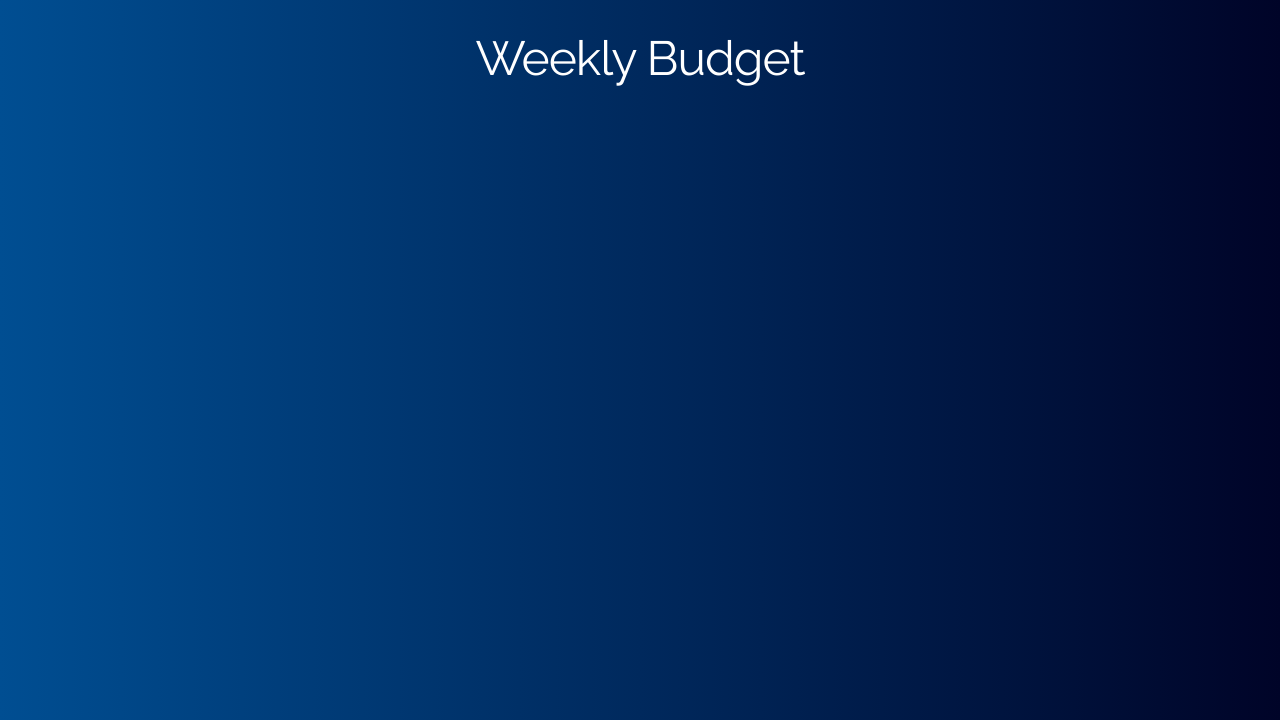
Repository: ppfeliuu/weeklybudget
Page: /
The author's editor kept a copy of each file at every save. The page is drawn from the files as they stood at one save, then again after a run of saves.
The browser window is 1280 px wide. The pictures show the whole page.
The project was rebuilt for these pictures with package versions that can differ from the ones it lists, and the page was loaded fresh each time.

Above is the page before, as saved 2019-06-21 09:51:05.

### public/index.html
<!DOCTYPE html>
<html lang="en">
  <head>
    <meta charset="utf-8" />
    <link rel="shortcut icon" href="%PUBLIC_URL%/budget.png" />
    <meta name="viewport" content="width=device-width, initial-scale=1" />
    <meta name="theme-color" content="#000000" />
    <!--
      manifest.json provides metadata used when your web app is installed on a
      user's mobile device or desktop. See https://developers.google.com/web/fundamentals/web-app-manifest/
    -->
    <link rel="manifest" href="%PUBLIC_URL%/manifest.json" />
    <link href="https://fonts.googleapis.com/css?family=Raleway:400,700&display=swap" rel="stylesheet">
    <link rel="stylesheet" href="/css/normalize.css">
    <link rel="stylesheet" href="/css/skeleton.css">
    <!--
      Notice the use of %PUBLIC_URL% in the tags above.
      It will be replaced with the URL of the `public` folder during the build.
      Only files inside the `public` folder can be referenced from the HTML.

      Unlike "/favicon.ico" or "favicon.ico", "%PUBLIC_URL%/favicon.ico" will
      work correctly both with client-side routing and a non-root public URL.
      Learn how to configure a non-root public URL by running `npm run build`.
    -->
    <title>Budget React App</title>
  </head>
  <body>
    <noscript>You need to enable JavaScript to run this app.</noscript>
    <div id="root"></div>
    <!--
      This HTML file is a template.
      If you open it directly in the browser, you will see an empty page.

      You can add webfonts, meta tags, or analytics to this file.
      The build step will place the bundled scripts into the <body> tag.

      To begin the development, run `npm start` or `yarn start`.
      To create a production bundle, use `npm run build` or `yarn build`.
    -->
  </body>
</html>

### src/App.js
import React from 'react';


function App() {
  return (
    <div className="App container">
      <header>
        <h1>Weekly Budget</h1>
      </header>

    </div>
  );
}

export default App;

### public/css/skeleton.css
/*
* Skeleton V2.0.4
* Copyright 2014, Dave Gamache
* www.getskeleton.com
* Free to use under the MIT license.
* http://www.opensource.org/licenses/mit-license.php
* 12/29/2014
*/


/* Table of contents
––––––––––––––––––––––––––––––––––––––––––––––––––
- Grid
- Base Styles
- Typography
- Links
- Buttons
- Forms
- Lists
- Code
- Tables
- Spacing
- Utilities
- Clearing
- Media Queries
*/


/* Grid
–––––––––––––––––––––––––––––––––––––––––––––––––– */
.container {
  position: relative;
  width: 100%;
  max-width: 960px;
  margin: 0 auto;
  padding: 0 20px;
  box-sizing: border-box; }
.column,
.columns {
  width: 100%;
  float: left;
  box-sizing: border-box; }

/* For devices larger than 400px */
@media (min-width: 400px) {
  .container {
    width: 85%;
    padding: 0; }
}

/* For devices larger than 550px */
@media (min-width: 550px) {
  .container {
    width: 80%; }
  .column,
  .columns {
    margin-left: 4%; }
  .column:first-child,
  .columns:first-child {
    margin-left: 0; }

  .one.column,
  .one.columns                    { width: 4.66666666667%; }
  .two.columns                    { width: 13.3333333333%; }
  .three.columns                  { width: 22%;            }
  .four.columns                   { width: 30.6666666667%; }
  .five.columns                   { width: 39.3333333333%; }
  .six.columns                    { width: 48%;            }
  .seven.columns                  { width: 56.6666666667%; }
  .eight.columns                  { width: 65.3333333333%; }
  .nine.columns                   { width: 74.0%;          }
  .ten.columns                    { width: 82.6666666667%; }
  .eleven.columns                 { width: 91.3333333333%; }
  .twelve.columns                 { width: 100%; margin-left: 0; }

  .one-third.column               { width: 30.6666666667%; }
  .two-thirds.column              { width: 65.3333333333%; }

  .one-half.column                { width: 48%; }

  /* Offsets */
  .offset-by-one.column,
  .offset-by-one.columns          { margin-left: 8.66666666667%; }
  .offset-by-two.column,
  .offset-by-two.columns          { margin-left: 17.3333333333%; }
  .offset-by-three.column,
  .offset-by-three.columns        { margin-left: 26%;            }
  .offset-by-four.column,
  .offset-by-four.columns         { margin-left: 34.6666666667%; }
  .offset-by-five.column,
  .offset-by-five.columns         { margin-left: 43.3333333333%; }
  .offset-by-six.column,
  .offset-by-six.columns          { margin-left: 52%;            }
  .offset-by-seven.column,
  .offset-by-seven.columns        { margin-left: 60.6666666667%; }
  .offset-by-eight.column,
  .offset-by-eight.columns        { margin-left: 69.3333333333%; }
  .offset-by-nine.column,
  .offset-by-nine.columns         { margin-left: 78.0%;          }
  .offset-by-ten.column,
  .offset-by-ten.columns          { margin-left: 86.6666666667%; }
  .offset-by-eleven.column,
  .offset-by-eleven.columns       { margin-left: 95.3333333333%; }

  .offset-by-one-third.column,
  .offset-by-one-third.columns    { margin-left: 34.6666666667%; }
  .offset-by-two-thirds.column,
  .offset-by-two-thirds.columns   { margin-left: 69.3333333333%; }

  .offset-by-one-half.column,
  .offset-by-one-half.columns     { margin-left: 52%; }

}


/* Base Styles
–––––––––––––––––––––––––––––––––––––––––––––––––– */
/* NOTE
html is set to 62.5% so that all the REM measurements throughout Skeleton
are based on 10px sizing. So basically 1.5rem = 15px :) */
html {
  font-size: 62.5%; }
body {
  font-size: 1.5em; /* currently ems cause chrome bug misinterpreting rems on body element */
  line-height: 1.6;
  font-weight: 400;
  font-family: "Raleway", "HelveticaNeue", "Helvetica Neue", Helvetica, Arial, sans-serif;
  color: #222; }


/* Typography
–––––––––––––––––––––––––––––––––––––––––––––––––– */
h1, h2, h3, h4, h5, h6 {
  margin-top: 0;
  margin-bottom: 2rem;
  font-weight: 300; }
h1 { font-size: 4.0rem; line-height: 1.2;  letter-spacing: -.1rem;}
h2 { font-size: 3.6rem; line-height: 1.25; letter-spacing: -.1rem; }
h3 { font-size: 3.0rem; line-height: 1.3;  letter-spacing: -.1rem; }
h4 { font-size: 2.4rem; line-height: 1.35; letter-spacing: -.08rem; }
h5 { font-size: 1.8rem; line-height: 1.5;  letter-spacing: -.05rem; }
h6 { font-size: 1.5rem; line-height: 1.6;  letter-spacing: 0; }

/* Larger than phablet */
@media (min-width: 550px) {
  h1 { font-size: 5.0rem; }
  h2 { font-size: 4.2rem; }
  h3 { font-size: 3.6rem; }
  h4 { font-size: 3.0rem; }
  h5 { font-size: 2.4rem; }
  h6 { font-size: 1.5rem; }
}

p {
  margin-top: 0; }


/* Links
–––––––––––––––––––––––––––––––––––––––––––––––––– */
a {
  color: #1EAEDB; }
a:hover {
  color: #0FA0CE; }


/* Buttons
–––––––––––––––––––––––––––––––––––––––––––––––––– */
.button,
button,
input[type="submit"],
input[type="reset"],
input[type="button"] {
  display: inline-block;
  height: 38px;
  padding: 0 30px;
  color: #555;
  text-align: center;
  font-size: 11px;
  font-weight: 600;
  line-height: 38px;
  letter-spacing: .1rem;
  text-transform: uppercase;
  text-decoration: none;
  white-space: nowrap;
  background-color: transparent;
  border-radius: 4px;
  border: 1px solid #bbb;
  cursor: pointer;
  box-sizing: border-box; }
.button:hover,
button:hover,
input[type="submit"]:hover,
input[type="reset"]:hover,
input[type="button"]:hover,
.button:focus,
button:focus,
input[type="submit"]:focus,
input[type="reset"]:focus,
input[type="button"]:focus {
  color: #333;
  border-color: #888;
  outline: 0; }
.button.button-primary,
button.button-primary,
input[type="submit"].button-primary,
input[type="reset"].button-primary,
input[type="button"].button-primary {
  color: #FFF;
  background-color: #33C3F0;
  border-color: #33C3F0; }
.button.button-primary:hover,
button.button-primary:hover,
input[type="submit"].button-primary:hover,
input[type="reset"].button-primary:hover,
input[type="button"].button-primary:hover,
.button.button-primary:focus,
button.button-primary:focus,
input[type="submit"].button-primary:focus,
input[type="reset"].button-primary:focus,
input[type="button"].button-primary:focus {
  color: #FFF;
  background-color: #1EAEDB;
  border-color: #1EAEDB; }


/* Forms
–––––––––––––––––––––––––––––––––––––––––––––––––– */
input[type="email"],
input[type="number"],
input[type="search"],
input[type="text"],
input[type="tel"],
input[type="url"],
input[type="password"],
textarea,
select {
  height: 38px;
  padding: 6px 10px; /* The 6px vertically centers text on FF, ignored by Webkit */
  background-color: #fff;
  border: 1px solid #D1D1D1;
  border-radius: 4px;
  box-shadow: none;
  box-sizing: border-box; }
/* Removes awkward default styles on some inputs for iOS */
input[type="email"],
input[type="number"],
input[type="search"],
input[type="text"],
input[type="tel"],
input[type="url"],
input[type="password"],
textarea {
  -webkit-appearance: none;
     -moz-appearance: none;
          appearance: none; }
textarea {
  min-height: 65px;
  padding-top: 6px;
  padding-bottom: 6px; }
input[type="email"]:focus,
input[type="number"]:focus,
input[type="search"]:focus,
input[type="text"]:focus,
input[type="tel"]:focus,
input[type="url"]:focus,
input[type="password"]:focus,
textarea:focus,
select:focus {
  border: 1px solid #33C3F0;
  outline: 0; }
label,
legend {
  display: block;
  margin-bottom: .5rem;
  font-weight: 600; }
fieldset {
  padding: 0;
  border-width: 0; }
input[type="checkbox"],
input[type="radio"] {
  display: inline; }
label > .label-body {
  display: inline-block;
  margin-left: .5rem;
  font-weight: normal; }


/* Lists
–––––––––––––––––––––––––––––––––––––––––––––––––– */
ul {
  list-style: circle inside; }
ol {
  list-style: decimal inside; }
ol, ul {
  padding-left: 0;
  margin-top: 0; }
ul ul,
ul ol,
ol ol,
ol ul {
  margin: 1.5rem 0 1.5rem 3rem;
  font-size: 90%; }
li {
  margin-bottom: 1rem; }


/* Code
–––––––––––––––––––––––––––––––––––––––––––––––––– */
code {
  padding: .2rem .5rem;
  margin: 0 .2rem;
  font-size: 90%;
  white-space: nowrap;
  background: #F1F1F1;
  border: 1px solid #E1E1E1;
  border-radius: 4px; }
pre > code {
  display: block;
  padding: 1rem 1.5rem;
  white-space: pre; }


/* Tables
–––––––––––––––––––––––––––––––––––––––––––––––––– */
th,
td {
  padding: 12px 15px;
  text-align: left;
  border-bottom: 1px solid #E1E1E1; }
th:first-child,
td:first-child {
  padding-left: 0; }
th:last-child,
td:last-child {
  padding-right: 0; }


/* Spacing
–––––––––––––––––––––––––––––––––––––––––––––––––– */
button,
.button {
  margin-bottom: 1rem; }
input,
textarea,
select,
fieldset {
  margin-bottom: 1.5rem; }
pre,
blockquote,
dl,
figure,
table,
p,
ul,
ol,
form {
  margin-bottom: 2.5rem; }


/* Utilities
–––––––––––––––––––––––––––––––––––––––––––––––––– */
.u-full-width {
  width: 100%;
  box-sizing: border-box; }
.u-max-full-width {
  max-width: 100%;
  box-sizing: border-box; }
.u-pull-right {
  float: right; }
.u-pull-left {
  float: left; }


/* Misc
–––––––––––––––––––––––––––––––––––––––––––––––––– */
hr {
  margin-top: 3rem;
  margin-bottom: 3.5rem;
  border-width: 0;
  border-top: 1px solid #E1E1E1; }


/* Clearing
–––––––––––––––––––––––––––––––––––––––––––––––––– */

/* Self Clearing Goodness */
.container:after,
.row:after,
.u-cf {
  content: "";
  display: table;
  clear: both; }


/* Media Queries
–––––––––––––––––––––––––––––––––––––––––––––––––– */
/*
Note: The best way to structure the use of media queries is to create the queries
near the relevant code. For example, if you wanted to change the styles for buttons
on small devices, paste the mobile query code up in the buttons section and style it
there.
*/


/* Larger than mobile */
@media (min-width: 400px) {}

/* Larger than phablet (also point when grid becomes active) */
@media (min-width: 550px) {}

/* Larger than tablet */
@media (min-width: 750px) {}

/* Larger than desktop */
@media (min-width: 1000px) {}

/* Larger than Desktop HD */
@media (min-width: 1200px) {}

### src/components/Pregunta.js
import React, { Fragment } from 'react';

function Pregunta() {

    return(
        <Fragment>
            <h2>Set your budget</h2>
            <form>
                <input type="number" className="u-full-width"
                placeholder="Add your budget"
                onChange={} />

                <input type="submit" className="button-primary u-full-width" value="Set budget" />
            </form>
        </Fragment>
    );
}

Loaded but not shown: src/index.js (common file); src/index.css (common file); src/serviceWorker.js (common file); public/css/normalize.css (library)

After the next 3 saves:
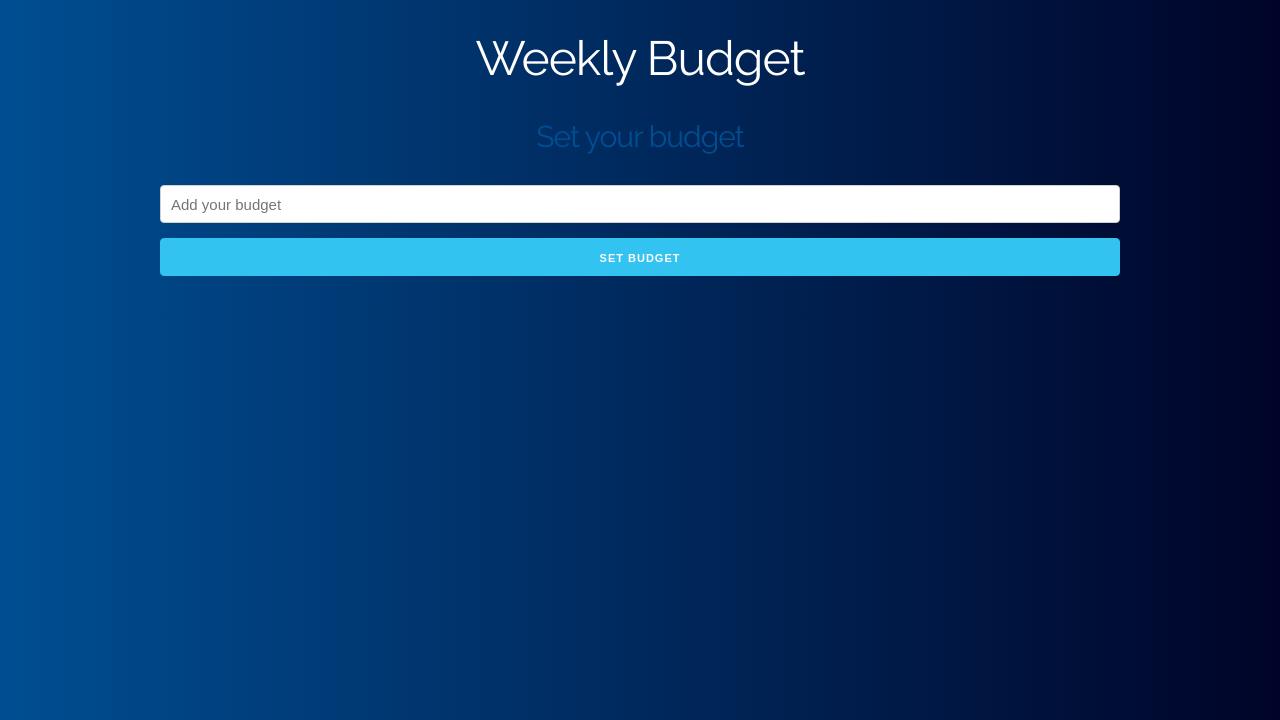
The 3 saves are shown as one change because 2 did not build or start.
The last was saved 79 s later.
--- a/src/App.js
+++ b/src/App.js
@@ -1,4 +1,5 @@
 import React from 'react';
+import Pregunta from './components/Pregunta';
 
 
 function App() {
@@ -7,7 +8,7 @@ function App() {
       <header>
         <h1>Weekly Budget</h1>
       </header>
-
+      <Pregunta />
     </div>
   );
 }
--- a/src/components/Pregunta.js
+++ b/src/components/Pregunta.js
@@ -8,10 +8,14 @@ function Pregunta() {
             <form>
                 <input type="number" className="u-full-width"
                 placeholder="Add your budget"
-                onChange={} />
+                //onChange={}
+                />
 
                 <input type="submit" className="button-primary u-full-width" value="Set budget" />
             </form>
         </Fragment>
     );
 }
+
+
+export default Pregunta;
